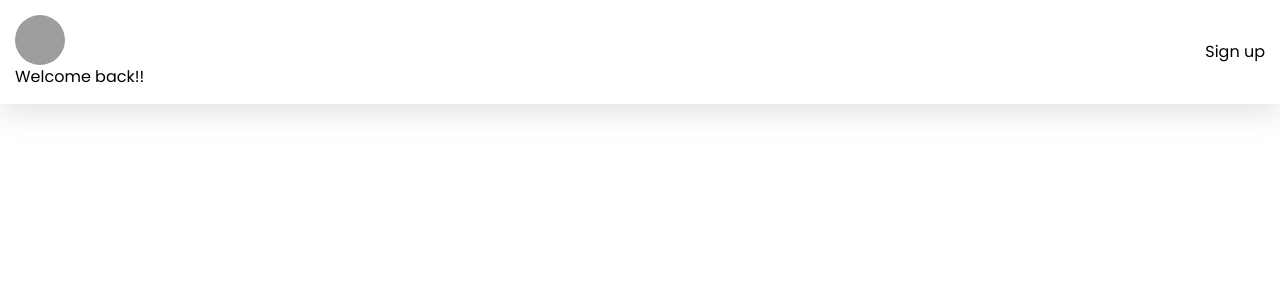
Repository: hoang0508/ReactJsDevWork
Page: /
These files come from the project's save history. The page is drawn as it stood at one moment and after the next save; the edit follows.
The browser window is 1280 px wide. The pictures show the whole page.
Pictures or frames that could not be fetched are drawn as grey boxes. The project was rebuilt for these pictures with package versions that can differ from the ones it lists, and the page was loaded fresh each time.

Above is the page before, as saved 2022-03-07 21:22:27.

After the next save:
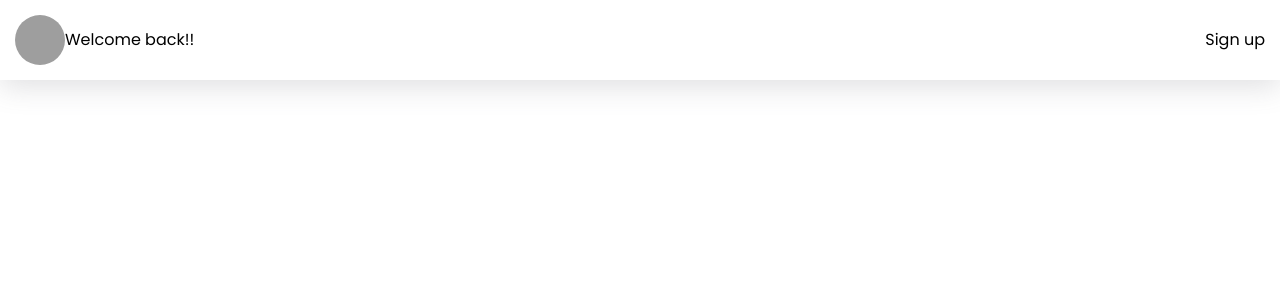
Saved 20 s later.
--- a/src/components/HeaderMain.scss
+++ b/src/components/HeaderMain.scss
@@ -5,6 +5,10 @@
   &-main {
     display: flex;
     justify-content: space-between;
+    align-items: center;
+  }
+  &-user {
+    display: flex;
     align-items: center;
   }
   &-img {
